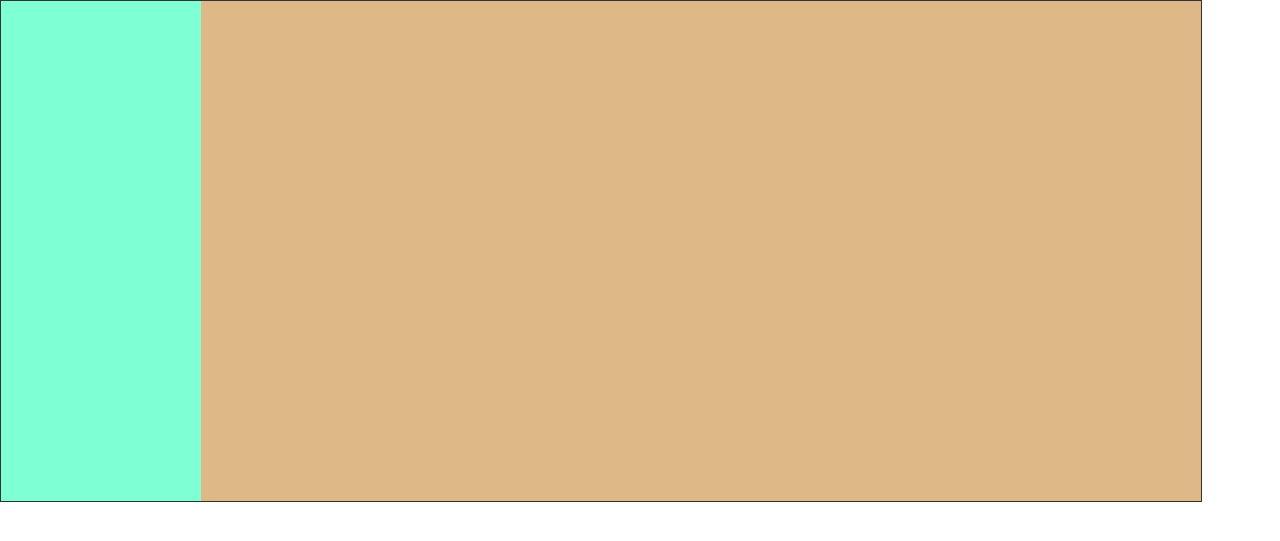
Repository: huangshaomo/study-notes
Page: webpack5/test.html
An editor plug-in stored every save of this project. The page is shown before and after the next save, followed by the edit.
The browser window is 1280 px wide. The pictures show the whole page.

Above is the page before, as saved 2021-01-06 15:47:47.

After the next save:
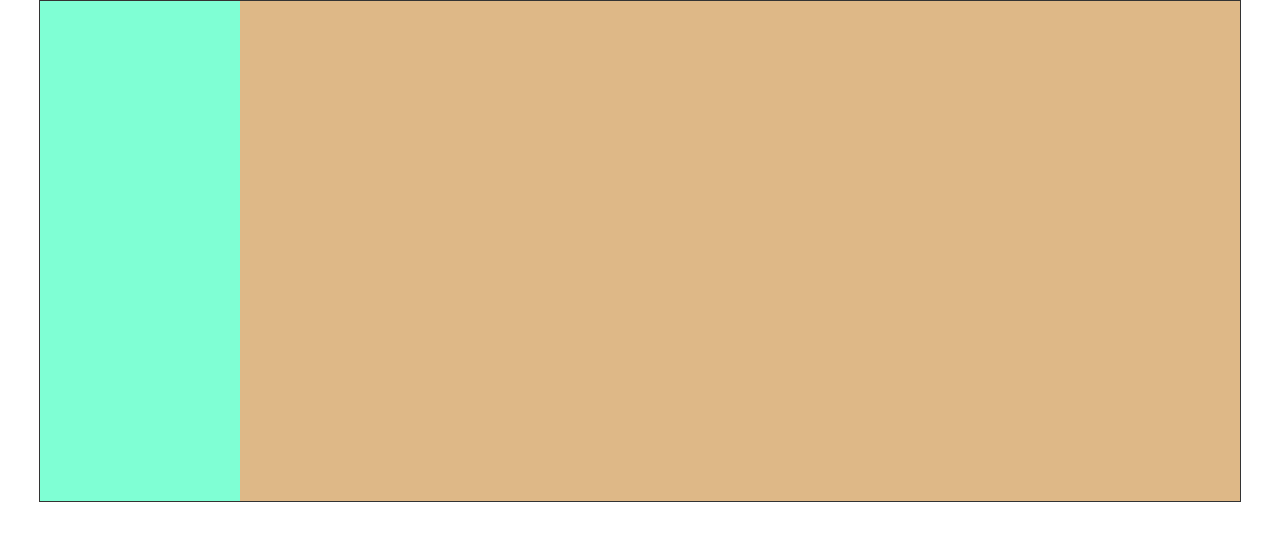
Saved 29 s later.
--- a/webpack5/test.html
+++ b/webpack5/test.html
@@ -6,7 +6,7 @@
     <title>Document</title>
     <style>
         *{margin: 0px; padding: 0px; line-height: 1;}
-        .box{width: 1200px; border: 1px solid #333; height: 500px;}
+        .box{width: 1200px; border: 1px solid #333; height: 500px; margin: 0 auto;}
         .slide{float: left; width: 200px; background-color: aquamarine; height: 100%;}
         .content{overflow: hidden; height: 100%; background-color: burlywood;}
     </style>
